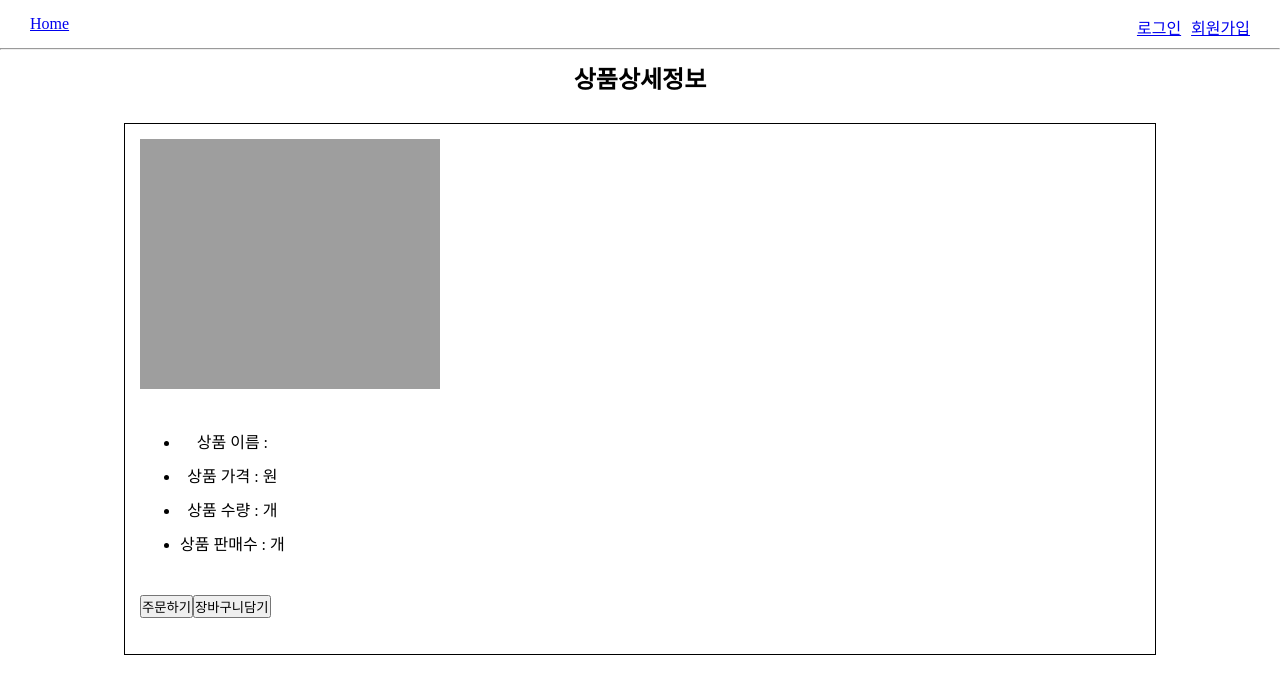
Repository: quswldms137/Shopping
Page: http://localhost/shop/WEB-INF/views/productDetail.jsp
An editor plug-in stored every save of this project. The page is shown before and after the next save, followed by the edit.
The browser window is 1280 px wide. The pictures show the whole page.
Pictures or frames that could not be fetched are drawn as grey boxes. The page is served by Tomcat 10. Nobody is signed in. Other server files are loaded and not shown. The template is opened directly, without the code that normally fills it, so the values that code supplies are empty.

Above is the page before, as saved 2024-05-29 07:18:34.

### shop/shop/src/main/webapp/WEB-INF/views/productDetail.jsp
<%@ page language="java" contentType="text/html; charset=UTF-8"
    pageEncoding="UTF-8"%>
<!DOCTYPE html>
<html>
<head>
<meta charset="UTF-8">
<title>Insert title here</title>
<style>
.container, h2 {
display: flex;
justify-content: center;
align-items: center;
flex-direction: column;
}
h2{padding:10px;}
.img {
    display: flex;
    flex-direction: column; /* 수직 정렬 */
    align-items: flex-start; /* 가로축 가운데 정렬 */
    justify-content: flex-start; /* 세로축 가운데 정렬 */
    border: 1px solid black; /* 테두리 스타일 및 두께 설정 */
    padding: 15px; /* 테두리와 내용 사이의 간격 설정 */
    width: 1000px;
    height: 500px;
    text-align: center; /* 텍스트 가운데 정렬 */
}
.text {
    padding: 30px;
}
.text li{
	margin:10px;
}
.btn {
    display: flex;
    flex-direction: row; /* 수직 정렬 */
    align-items: center; /* 가로축 가운데 정렬 */
    justify-content: center; /* 세로축 가운데 정렬 */
}

</style>
</head>
<body>
<header>
	<%@ include file="header.jsp" %>
</header>
<session>
<hr>
<h2>상품상세정보</h2>
<br>
<div class="container">
	<div class="img">
		<img id="img-img" src="/images/${product.url }" alt="${product.pname }" width="300px" height="250px">
		<div class="text">
			<ul>
				<li>상품 이름 : ${product.pname }</li>
				<li>상품 가격 : ${product.price }원</li>
				<li>상품 수량 : ${product.stock }개</li>
				<li>상품 판매수 : ${product.sales }개</li>
			</ul>
		</div>
		<div class="btn">
			<a href="orderDo"><button>주문하기</button></a>
			<a href="cartDo"><button>장바구니담기</button></a>
		</div>
	</div>
</div>
</session>
</body>
</html>

### shop/shop/src/main/webapp/WEB-INF/views/header.jsp
<%@ page language="java" contentType="text/html; charset=UTF-8"
    pageEncoding="UTF-8"%>
<!DOCTYPE html>
<html>
<head>
<meta charset="UTF-8">
<title>Insert title here</title>
<style>
*{
	margin:0;
	padding:0;
}
header {
	margin:15px;
}
.header-right {
  float: right;
  margin-left:10px;
}
</style>
</head>
<body>
	<header>
			<a class="home_btn" href="/">Home</a>

			<a id="regBtn" class="header-right" href="registForm">회원가입</a>
			<a id="loginBtn" class="header-right" href="loginForm">로그인</a>

			<a id="logoutBtn" class="header-right" href="logout">로그아웃</a>
			<a href="mypage"><span id="name" class="header-right"></span></a>
	</header>

	<script>

	const loginBtn = document.querySelector("#loginBtn");
	const regBtn = document.querySelector("#regBtn");
	const logoutBtn = document.querySelector("#logoutBtn");
	const userName = document.querySelector("#name");

		if(${sessionScope.username eq null}){
			logoutBtn.style.display="none";
		}else{
			loginBtn.style.display="none";
			regBtn.style.display="none";
			logoutBtn.style.display="block";
			userName.innerHTML="${sessionScope.username} 님😀";
		}
	</script>
</body>
</html>

After the next save:
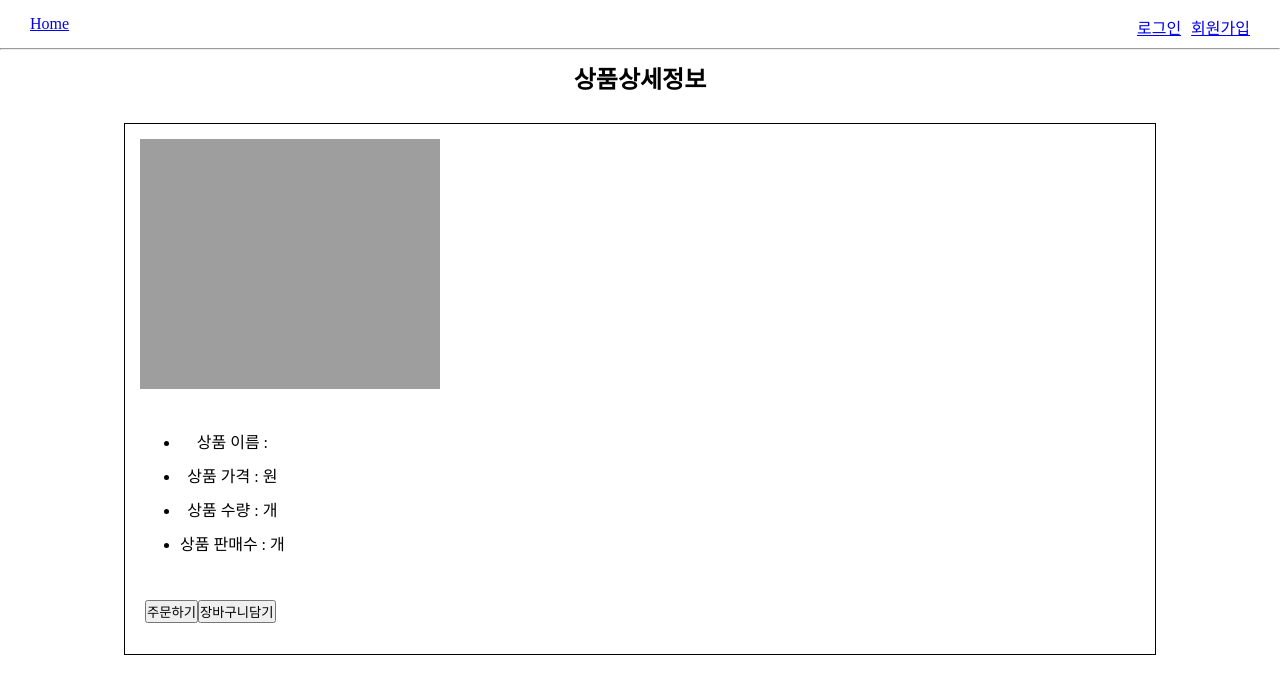
Saved 26 s later.
--- a/shop/shop/src/main/webapp/WEB-INF/views/productDetail.jsp
+++ b/shop/shop/src/main/webapp/WEB-INF/views/productDetail.jsp
@@ -35,6 +35,7 @@
     flex-direction: row; /* 수직 정렬 */
     align-items: center; /* 가로축 가운데 정렬 */
     justify-content: center; /* 세로축 가운데 정렬 */
+    padding:5px;
 }
 
 </style>

After the save that followed:
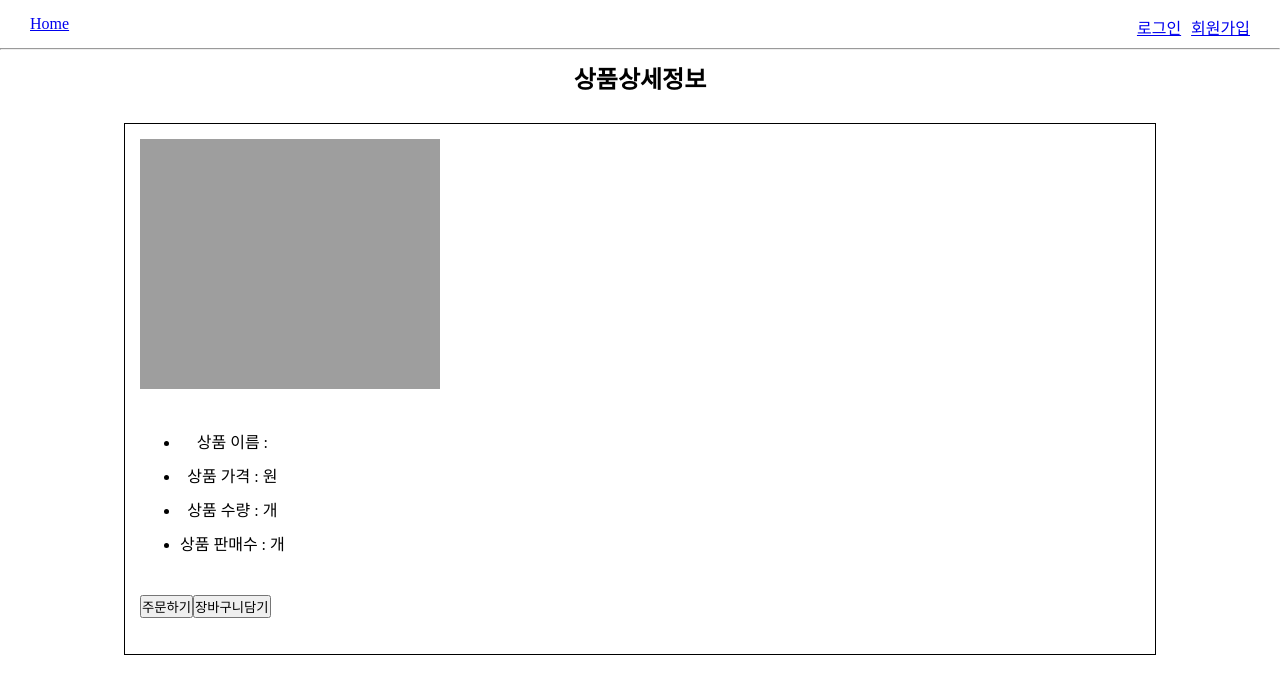
Saved 7 s later.
--- a/shop/shop/src/main/webapp/WEB-INF/views/productDetail.jsp
+++ b/shop/shop/src/main/webapp/WEB-INF/views/productDetail.jsp
@@ -35,7 +35,6 @@
     flex-direction: row; /* 수직 정렬 */
     align-items: center; /* 가로축 가운데 정렬 */
     justify-content: center; /* 세로축 가운데 정렬 */
-    padding:5px;
 }
 
 </style>
